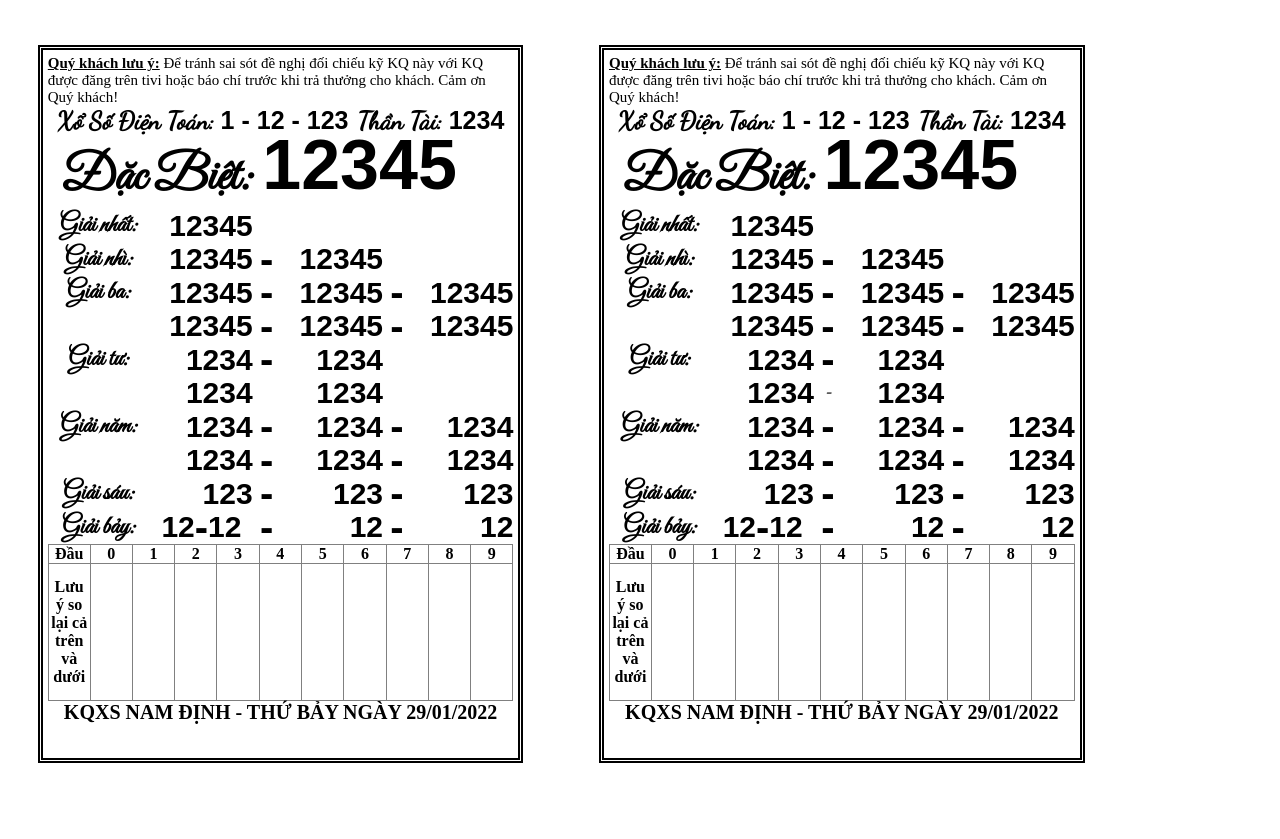
Repository: AnhDuc0125/xskt123
Page: index.html
These files come from the project's save history. The page is drawn as it stood at one moment and after the next save; the edit follows.
The browser window is 1280 px wide. The pictures show the whole page.
The page's requests for data from a server got no answer. Some web fonts or font styles are not loaded; a fallback is used.

Above is the page before, as saved 2022-01-29 18:31:16.

After the next save:
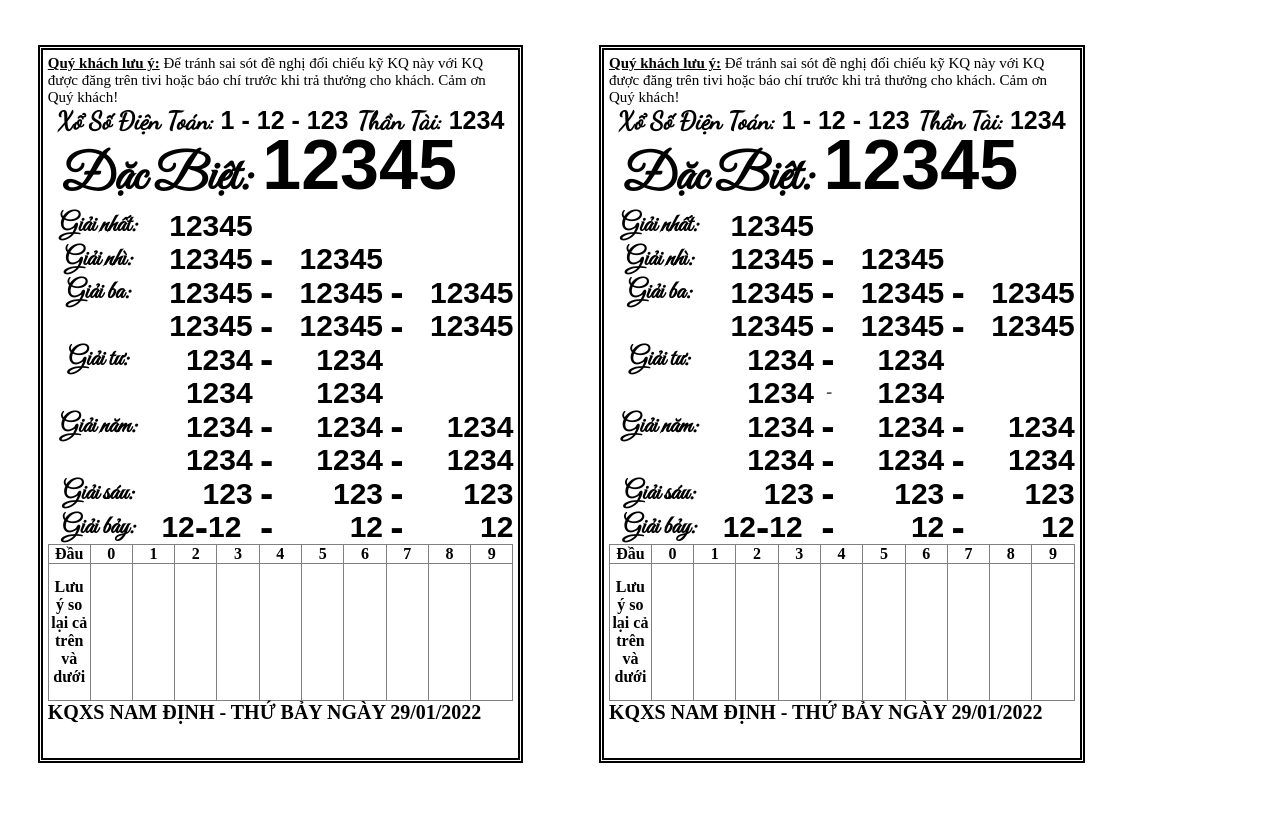
Saved 7 s later.
--- a/style.css
+++ b/style.css
@@ -156,7 +156,4 @@
   font-family: "Andada Pro", serif;
   font-weight: bolder;
   font-size: 20px;
-  display: flex;
-  justify-content: center;
-  /* align-items: ; */
 }

After the 2 saves that followed:
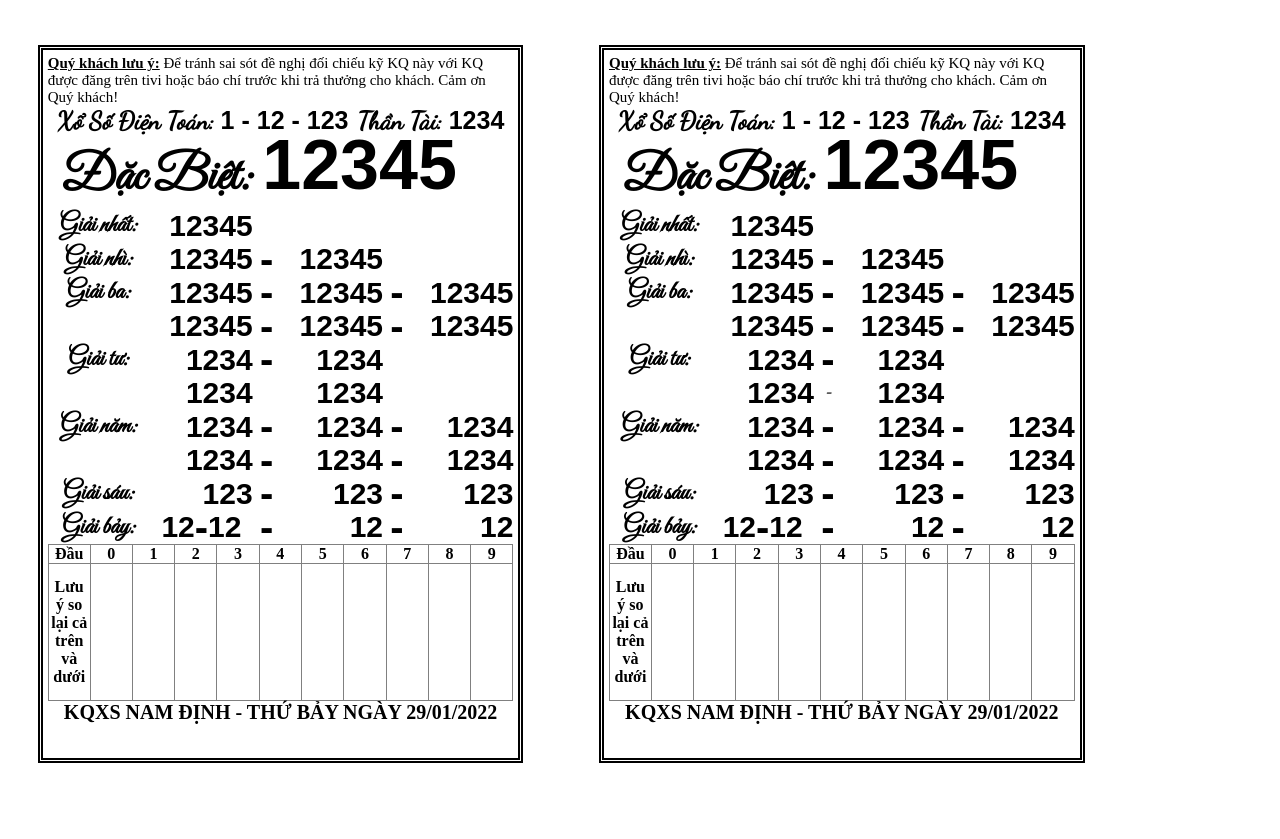
The 2 saves are shown as one change because 1 left the picture as it was.
The last was saved 14 s later.
--- a/style.css
+++ b/style.css
@@ -156,4 +156,6 @@
   font-family: "Andada Pro", serif;
   font-weight: bolder;
   font-size: 20px;
+  display: flex;
+  justify-content: center;
 }
